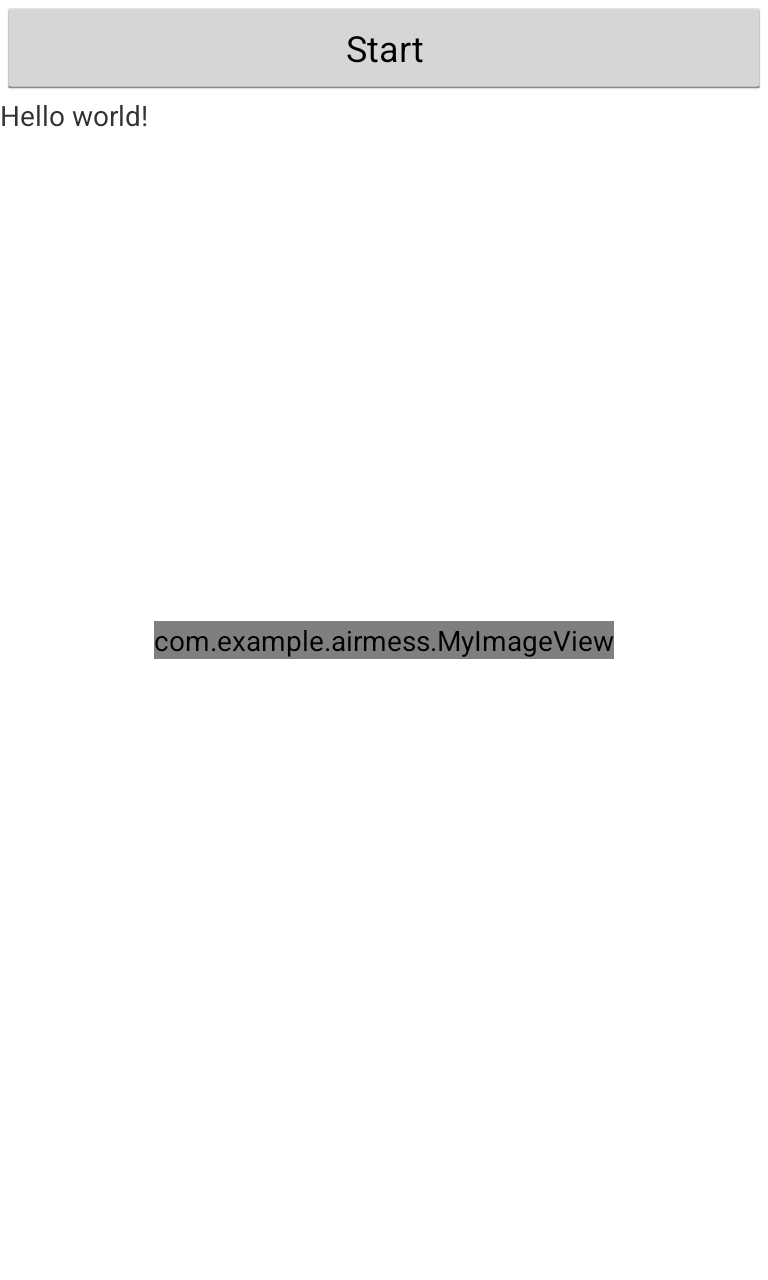
Repository: deuxnids/airmess_led
Layout: app/Airmess/res/layout/activity_main.xml
An editor plug-in stored every save of this project. The layout is shown before and after the next save, followed by the edit.
Pictures or frames that could not be fetched are drawn as grey boxes. It is drawn on a 768 x 1280 px phone screen (xhdpi) without system bars, with theme AppTheme; the app's code is not run.

Above is the layout before, as saved 2013-12-20 17:05:24.

After the next save:
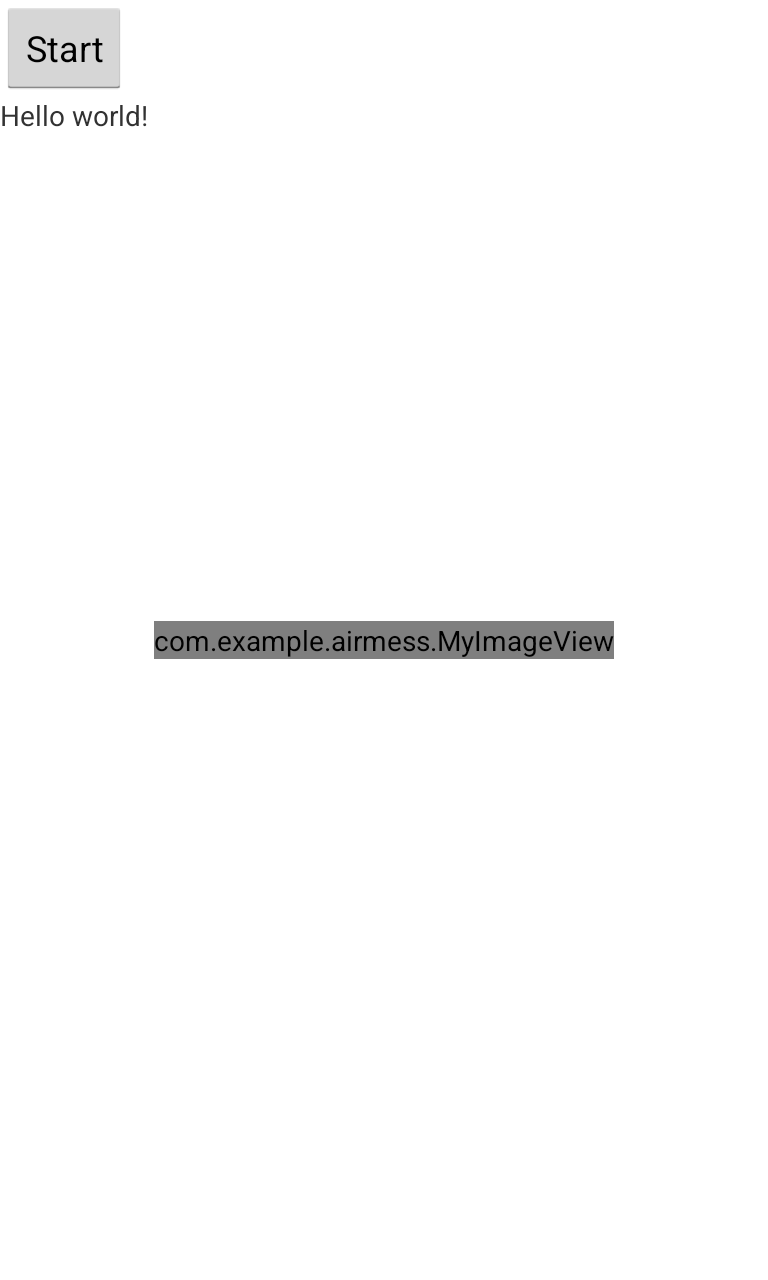
Saved 60 s later.
--- a/app/Airmess/res/layout/activity_main.xml
+++ b/app/Airmess/res/layout/activity_main.xml
@@ -10,8 +10,8 @@
 
     <Button
 	        android:id="@+id/start"
-			android:layout_width="fill_parent"
-			android:layout_height="wrap_content"
+		    android:layout_width="wrap_content"
+		    android:layout_height="wrap_content"
 			android:text="Start" />
 
 	<TextView
